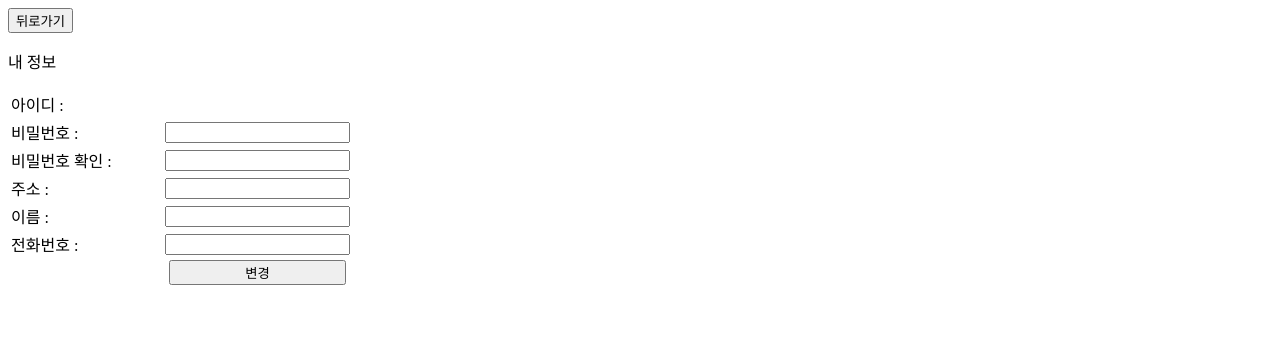
Repository: Ji-wonLee/book_store
Page: http://localhost/sms/WEB-INF/user/myInfo.jsp
The author's editor kept a copy of each file at every save. The page is drawn from the files as they stood at one save, then again after the next save.
The browser window is 1280 px wide. The pictures show the whole page.
The page is served by Tomcat 9. Nobody is signed in. Other server files are loaded and not shown. The template is opened directly, without the code that normally fills it, so the values that code supplies are empty.

Above is the page before, as saved 2024-05-28 04:28:27.

### sms/src/main/webapp/WEB-INF/user/myInfo.jsp
<%@ page language="java" contentType="text/html; charset=UTF-8" pageEncoding="UTF-8"%>
<%@ taglib uri="http://java.sun.com/jsp/jstl/core" prefix="c" %>
<%@ taglib prefix="fmt" uri="http://java.sun.com/jsp/jstl/fmt"%>
<html>
	<head>
		<title>회원 가입</title>
		<button onclick="history.back()" type="submit" >뒤로가기</button>
	</head>
	<p>${idChkSttStr}</p>
	<script type="text/javascript">
		function checkForm(){

			let f = document.joinForm;
				if (f.userPass.value != f.userPassCheck.value) {
				alert("비밀번호가 불일치");
				return false;
			} else {
				return true;
			}
		}
	</script>
	<body>

	<c:forEach var = "t" items="${myInfoList}">
		<tr>
			<td>${t.user_id}</td>
			<td>${t.name}</td>
			<td>${t.address}</td>
			<td>${t.phonenum}</td>
			<td>${t.gname}</td>
		</tr>
	</c:forEach>

		<p>내 정보</p>
		<c:set var ="stt" value="${idChkStt}"/>
		<c:if test = "${stt eq 1}">
			<script>
				alert('존재한 아이디');
			</script>
		</c:if>
		<form action="/sm/join.do" name="joinForm" onsubmit="return checkForm()" method="get">
			<table>
				<tr>
					<td style='text-align:left;width:150px'>아이디 :</td>
					<td>${userId}</td>
				</tr>
				<tr>
					<td style='text-align:left;width:150px'>비밀번호 :</td>
					<td>
						<div class="form-group has-feedback">
							<input class="form-control" type="password" id="userPass" name="userPass"required/>
						</div>
					</td>
				</tr>
				<tr>
					<td style='text-align:left;width:150px'>비밀번호 확인 :</td>
					<td>
						<div class="form-group has-feedback">
							<input class="form-control" type="password" id="userPassCheck" name="userPassCheck" required/>
						</div>
					</td>
				</tr>
				<tr>
					<td style='text-align:left;width:150px'>주소 :</td>
					<td>
						<div class="form-group has-feedback">
							<input class="form-control" id="userAddr" name="userAddr" required/>
						</div>
					</td>
				</tr>
				<tr>
					<td style='text-align:left;width:150px'>이름 :</td>
					<td>
						<div class="form-group has-feedback">
							<input class="form-control" id="userName" name="userName" required/>
						</div>
					</td>
				</tr>
				<tr>
					<td style='text-align:left;width:150px'>전화번호 :</td>
					<td>
						<div class="form-group has-feedback">
							<input class="form-control" id="userCall" name="userCall" required/>
						</div>
					</td>
				</tr>
				<tr>
					<td></td>
					<td style='text-align:center'>
						<div class="form-group has-feedback">
							<button class="btn btn-success" type="submit" id="join" style='width:177px'>변경</button>
						</div>
					</td>
				</tr>
			</table>
		</form>
	</body>

</html>

After the next save:
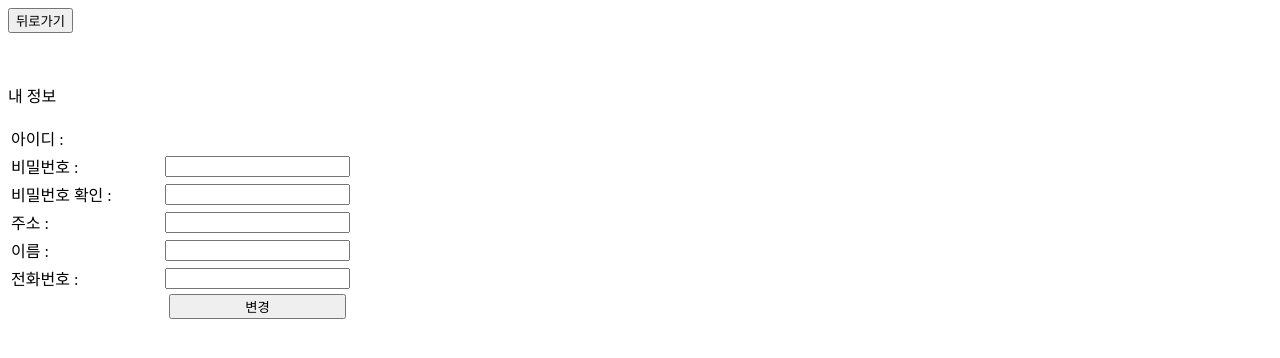
Saved 4 min 24 s later.
--- a/sms/src/main/webapp/WEB-INF/user/myInfo.jsp
+++ b/sms/src/main/webapp/WEB-INF/user/myInfo.jsp
@@ -29,7 +29,7 @@
 			<td>${t.phonenum}</td>
 			<td>${t.gname}</td>
 		</tr>
-	</c:forEach>
+	</c:forEach><br>
 
 		<p>내 정보</p>
 		<c:set var ="stt" value="${idChkStt}"/>
